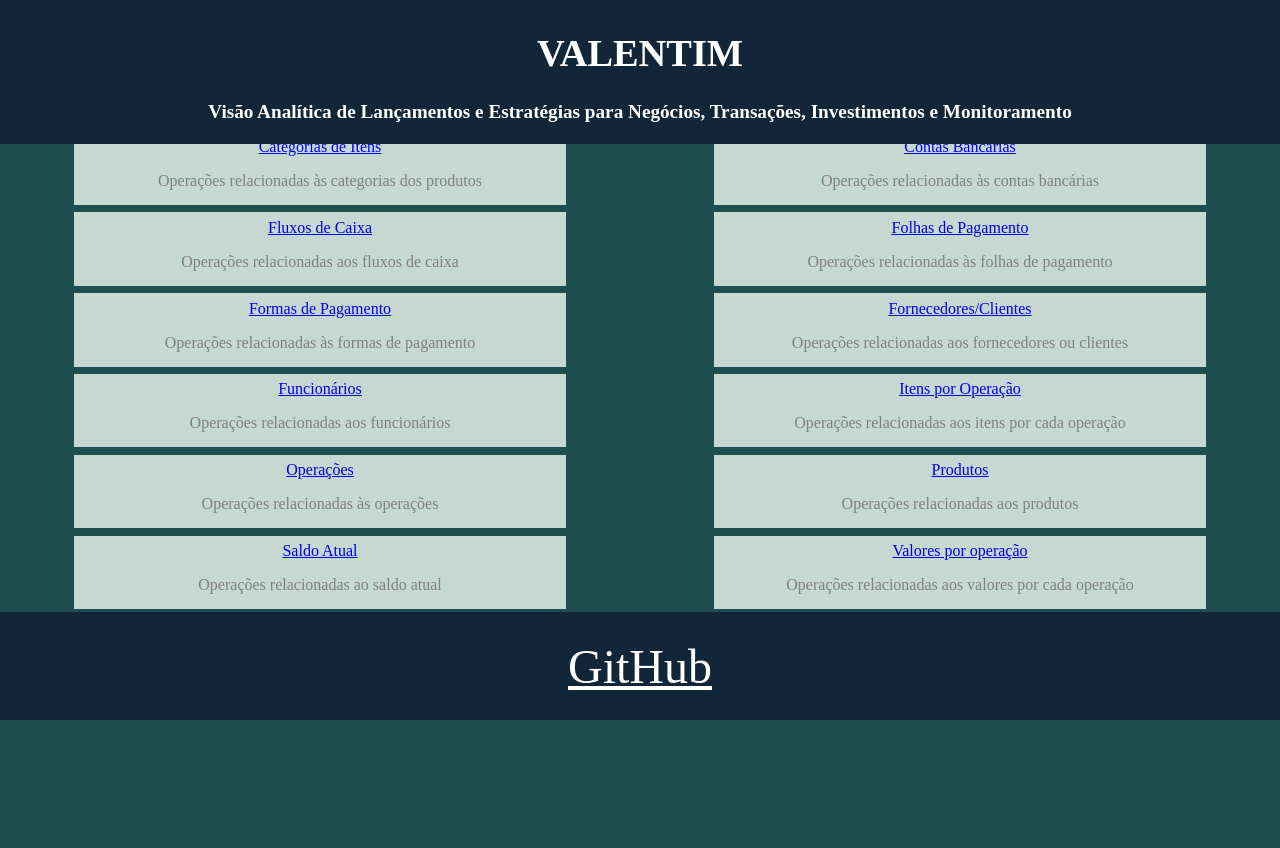
Repository: Matheus-Lacerda009/ERP-Financeiro
Page: Front/menu/menu.html
The author's editor kept a copy of each file at every save. The page is drawn from the files as they stood at one save, then again after the next save.
The browser window is 1280 px wide. The pictures show the whole page.

Above is the page before, as saved 2026-07-13 19:09:04.

### Front/menu/menu.html
<!DOCTYPE html>
<html lang="en">
<head>
    <meta charset="UTF-8">
    <meta name="viewport" content="wclassth=device-wclassth, initial-scale=1.0">
    <link rel="stylesheet" href="menu.css">
    <title>Document</title>
</head>
<body>
    <header>
        <h1>VALENTIM</h1>
        <h2>Visão Analítica de Lançamentos e Estratégias para Negócios, Transações, Investimentos e Monitoramento</h2>
    </header>
    <main>
        <div id="espaço"></div>
        <div class="container">
            <div class="divEntidades">
                <a href="../categoria_item/categoria_item.html">Categorias de Itens</a>
                <p>Operações relacionadas às categorias dos produtos</p>
            </div>
            <div class="divEntidades">
                <a href="../conta_bancaria/conta_bancaria.html">Contas Bancárias</a>
                <p>Operações relacionadas às contas bancárias</p>
            </div>
            <div class="divEntidades">
                <a href="../fluxo_caixa/fluxo_caixa.html">Fluxos de Caixa</a>
                <p>Operações relacionadas aos fluxos de caixa</p>
            </div>
            <div class="divEntidades">
                <a href="../folha_pagamento/folha_pagamento.html">Folhas de Pagamento</a>
                <p>Operações relacionadas às folhas de pagamento</p>
            </div>
            <div class="divEntidades">
                <a href="../forma_pagamento/forma_pagamento.html">Formas de Pagamento</a>
                <p>Operações relacionadas às formas de pagamento</p>
            </div>
            <div class="divEntidades">
                <a href="../fornecedor_cliente/fornecedor_cliente.html">Fornecedores/Clientes</a>
                <p>Operações relacionadas aos fornecedores ou clientes</p>
            </div>
            <div class="divEntidades">
                <a href="../funcionario/funcionario.html">Funcionários</a>
                <p>Operações relacionadas aos funcionários</p>
            </div>
            <div class="divEntidades">
                <a href="../itens_operacao/itens_operacao.html">Itens por Operação</a>
                <p>Operações relacionadas aos itens por cada operação</p>
            </div>
            <div class="divEntidades">
                <a href="../operacao/operacao.html">Operações</a>
                <p>Operações relacionadas às operações</p>
            </div>
            <div class="divEntidades">
                <a href="../produtos/produtos.html">Produtos</a>
                <p>Operações relacionadas aos produtos</p>
            </div>
            <div class="divEntidades">
                <a href="../saldoAtual/saldoAtual.html">Saldo Atual</a>
                <p>Operações relacionadas ao saldo atual</p>
            </div>
            <div class="divEntidades">
                <a href="../valor_pVenda/valor_pVenda.html">Valores por operação</a>
                <p>Operações relacionadas aos valores por cada operação</p>
            </div>
            <div class="divEntidades">
                <a href="../valor_salario/valor_salario.html">Salários</a>
                <p>Operações relacionadas aos salários</p>
            </div>
            <div class="divEntidades">
                <a href="../notaFiscal/nota_fiscal.html">Notas Fiscais</a>
                <p>Operações relacionadas às notas fiscais</p>
            </div>
        </div>
    </main>
    <footer>
        <a href="https://github.com/Matheus-Lacerda009/ERP-Financeiro.git" id="github">GitHub</a>
    </footer>
</body>
</html>

### Front/menu/menu.css
body{
    overflow: hidden;
}
header{
    position: fixed;
    top: 0;
    left: 0;
    width: 100%;
    height: 20%;
    background-color: #12263A;
    z-index: 1;
    text-align: center;
    align-content: center;
}

footer{
    position: fixed;
    bottom: 0;
    left: 0;
    width: 100%;
    height: 15%;
    background-color: #12263A;
    text-align: center;
    align-content: center;
}

#github{
    color: white;
    font-size: 300%;
}

header, h1{
    font-size: 300%;
    color: white;
    font-size: 3vw;
}

header, h2{
    color: white;
    font-size: 1.5vw;
}

body{
    margin: 0;
    padding: 0;
    background-color: #1f4e50;
}

.container{
    height: 100vh;
    width: 100%;
    margin-top: 10%;
    box-sizing: border-box;
    display: grid;
    grid-template-columns: repeat(2, 7fr);
    align-content: start;
}

.divEntidades{
    height: 75%;
    width: 75%;
    background-color: #C5D8D1;
    text-align: center;
    padding: 1%;
    margin: auto;
}

p{
    color: gray;
}

After the next save:
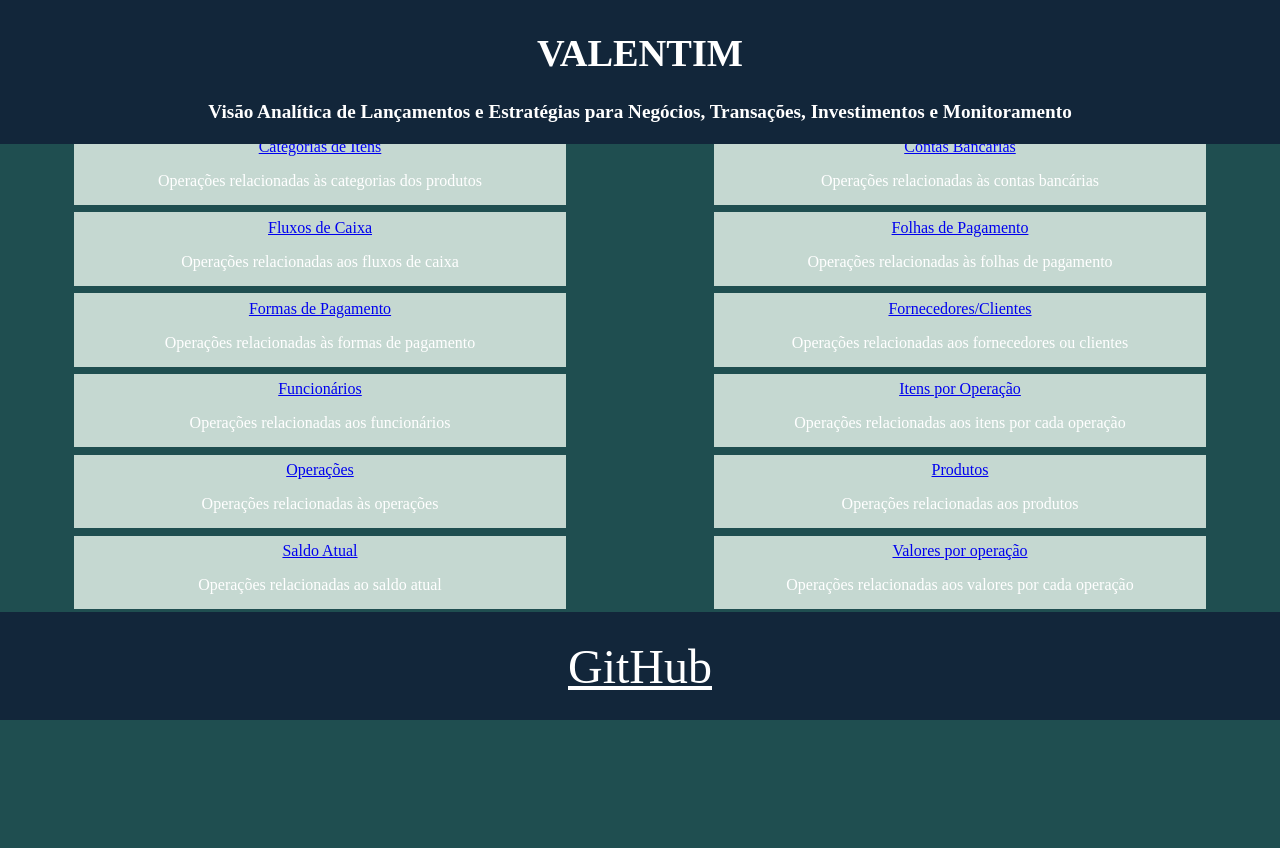
Saved 5 s later.
--- a/Front/menu/menu.css
+++ b/Front/menu/menu.css
@@ -66,5 +66,5 @@ body{
 }
 
 p{
-    color: gray;
+    color: white;
 }
